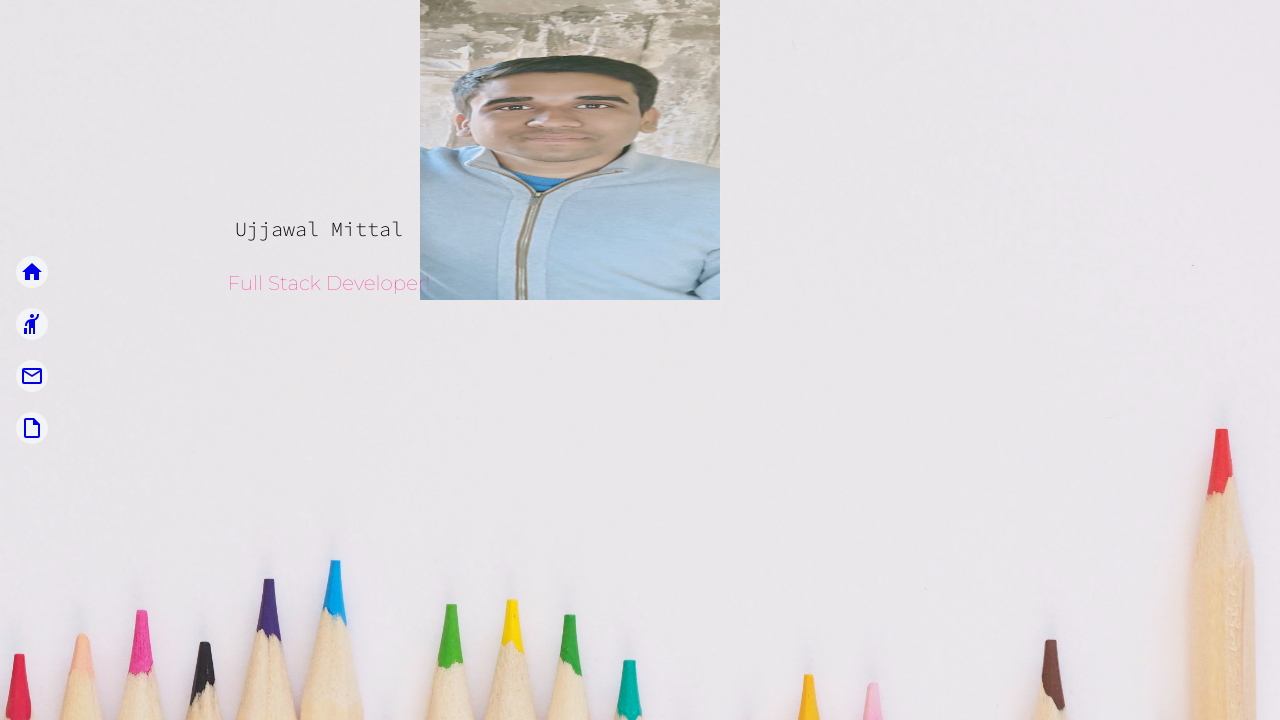
Repository: ujjawalmittal55/portfolio1
Page: /
These files come from the project's save history. The page is drawn as it stood at one moment and after the next save; the edit follows.
The browser window is 1280 px wide. The pictures show the whole page.
The project was rebuilt for these pictures with package versions that can differ from the ones it lists, and the page was loaded fresh each time. Also part of the build but not shown: src/about.css, src/About.jsx, src/document.css, src/Document.jsx, src/contact.css, src/Contact.jsx.

Above is the page before, as saved 2022-05-09 13:45:53.

### public/index.html
<!DOCTYPE html>
<html lang="en">
  <head>

    <style>
      @import url('https://fonts.googleapis.com/css2?family=Montserrat:ital,wght@0,100;1,100&family=Source+Code+Pro:wght@300&display=swap');
    </style>
    <meta charset="utf-8" />
    <link rel="icon" href="%PUBLIC_URL%/favicon.ico" />
    <meta name="viewport" content="width=device-width, initial-scale=1" />
    <meta name="theme-color" content="#000000" />
    <meta
      name="description"
      content="Web site created using create-react-app"
    />
    <link rel="apple-touch-icon" href="%PUBLIC_URL%/logo192.png" />
    <!--
      manifest.json provides metadata used when your web app is installed on a
      user's mobile device or desktop. See https://developers.google.com/web/fundamentals/web-app-manifest/
    -->
    <link rel="manifest" href="%PUBLIC_URL%/manifest.json" />
    <!--
      Notice the use of %PUBLIC_URL% in the tags above.
      It will be replaced with the URL of the `public` folder during the build.
      Only files inside the `public` folder can be referenced from the HTML.

      Unlike "/favicon.ico" or "favicon.ico", "%PUBLIC_URL%/favicon.ico" will
      work correctly both with client-side routing and a non-root public URL.
      Learn how to configure a non-root public URL by running `npm run build`.
    -->
    <title>React App</title>
  </head>
  <body>
    <noscript>You need to enable JavaScript to run this app.</noscript>
    <div id="root"></div>
    <!--
      This HTML file is a template.
      If you open it directly in the browser, you will see an empty page.

      You can add webfonts, meta tags, or analytics to this file.
      The build step will place the bundled scripts into the <body> tag.

      To begin the development, run `npm start` or `yarn start`.
      To create a production bundle, use `npm run build` or `yarn build`.
    -->
  </body>
</html>

### src/index.tsx
import React from "react";
import ReactDOM from "react-dom/client";
import "./index.css";
import App from "./App";
import Portfolio from "./Portfolio";
import SideBar from "./SideBar";

import reportWebVitals from "./reportWebVitals";
import { BrowserRouter } from "react-router-dom";

const rootElement = document.getElementById("root");
if (!rootElement) throw new Error("Failed to find the root element");
const root = ReactDOM.createRoot(rootElement);
root.render(
  <React.StrictMode>
    <BrowserRouter>
      <Portfolio />
    </BrowserRouter>
  </React.StrictMode>
);

// If you want to start measuring performance in your app, pass a function
// to log results (for example: reportWebVitals(console.log))
// or send to an analytics endpoint. Learn more: https://bit.ly/CRA-vitals
reportWebVitals();

### src/Portfolio.tsx
import React, { Component } from "react";
import { BrowserRouter, Route, Link, Routes } from "react-router-dom";
import Display from "./Display";
import "./homepage.css";
import SideBar from "./SideBar";
import About from "./About";
import Document from "./Document";
import Contact from "./Contact";
function Portfolio() {
  return (
    <div className="Home">
      <div className="sidebar">
        <SideBar />
      </div>
      <div className="main_content">
        <Routes>
          <Route path="/" element={<Display />} />
          <Route path="/about" element={<About />} />
          <Route path="/contact" element={<Contact />} />
          <Route path="/projects" element={<Display />} />
          <Route path="/document" element={<Document />} />
        </Routes>
      </div>
    </div>
  );
}

export default Portfolio;

### src/Display.tsx
import React from "react";
import "./display.css";
import { motion } from "framer-motion";
function Display() {
  return (
    <div className="display">
      <div className="display-div">
        <div className="name">Ujjawal Mittal</div>
        <motion.div
          className="role"
          animate={{ color: "#ff2994", x: 10, y: 10, fontSize: "20px" }}
        >
          Full Stack Developer!
        </motion.div>
      </div>
      <div className="projects">
        <motion.img
          initial={{ opacity: 0, y: "-100vh" }}
          animate={{ opacity: 1, y: 0 }}
          transition={{ delay: 1, duration: 2 }}
          whileHover={{ scale: 1.1, rotateZ: 180, transition: { delay: 0 } }}
          src="/my.jpeg"
          height="300"
          width="300"
        ></motion.img>
      </div>
    </div>
  );
}

export default Display;

### src/homepage.css
.Home {
  background-image: url("/public/bg.jpg");
  background-size: cover;
  background-repeat: no-repeat;
  display: flex;
}
.main_content {
  flex: 1;
}

### src/SideBar.tsx
import React from "react";
import {
  BrowserRouter as Router,
  Route,
  Link,
  useParams,
  NavLink,
} from "react-router-dom";

import "./sidebar.css";
import HomeIcon from "@mui/icons-material/Home";
import HailIcon from "@mui/icons-material/Hail";
import InsertDriveFileOutlinedIcon from "@mui/icons-material/InsertDriveFileOutlined";
import EmailOutlinedIcon from "@mui/icons-material/EmailOutlined";

function SideBar() {
  return (
    <div>
      <div className="sidebar">
        <ul className="sidebar-items">
          <li className="list">
            <Link to="/">
              <div className="list-div">
                <HomeIcon>home</HomeIcon>
              </div>
            </Link>
          </li>
          <Link to="/about">
            <li className="list">
              <div className="list-div">
                <HailIcon>home</HailIcon>
              </div>
            </li>
          </Link>
          <Link to="/contact">
            <li className="list">
              <div className="list-div">
                <EmailOutlinedIcon>home</EmailOutlinedIcon>
              </div>
            </li>
          </Link>

          <Link to="/document">
            <li className="list">
              <div className="list-div">
                <InsertDriveFileOutlinedIcon>home</InsertDriveFileOutlinedIcon>
              </div>
            </li>
          </Link>
        </ul>
      </div>
    </div>
  );
}

export default SideBar;

### src/display.css
.display {
  display: flex;
  text-align: center;
}
.display-div {
  display: grid;
  justify-content: center;
  margin-top: 30vh;
  margin-left: 12vw;
}
.name {
  font-family: "Source Code Pro", monospace;
  font-size: 1.25em;
}
.role {
  font-family: "Montserrat", monospace;
}

### src/sidebar.css
.sidebar {
  height: 100%;
  /* background-color: rgb(221, 195, 195) */
}
.sidebar {
  height: 100vh;
  display: grid;
  align-items: center;
  text-align: center;
  text-decoration: none;
}
.sidebar-items {
  padding: 0;
  margin: 1em;
}

.list {
  font-size: 1em;
  margin-bottom: 1.25em;
  list-style-type: none;
  text-align: center;
  text-decoration: none;
  padding: auto;
}

.list-div:hover {
  text-decoration: underline;
  transform: scale(1.25);
  background-color: rgb(126, 128, 247);
}

.list-div {
  display: flex;
  justify-content: center;
  align-items: center;
  text-align: center;
  height: 2em;
  width: 2em;
  background-color: rgb(242, 244, 245);
  border-radius: 50%;
  transition-duration: 0.5s;
}

Loaded but not shown: src/index.css (common file); src/reportWebVitals.js (common file)

After the next save:
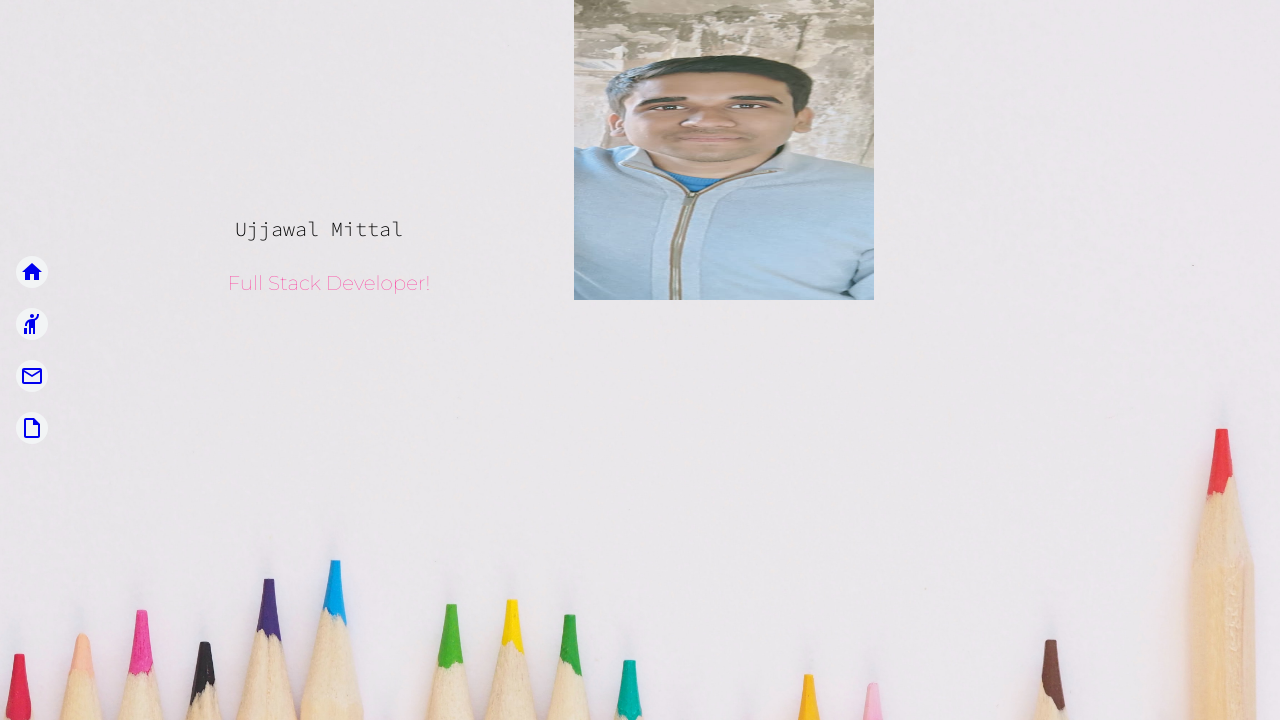
Saved 33 s later.
--- a/src/display.css
+++ b/src/display.css
@@ -7,6 +7,7 @@
   justify-content: center;
   margin-top: 30vh;
   margin-left: 12vw;
+  margin-right: 12vw;
 }
 .name {
   font-family: "Source Code Pro", monospace;
